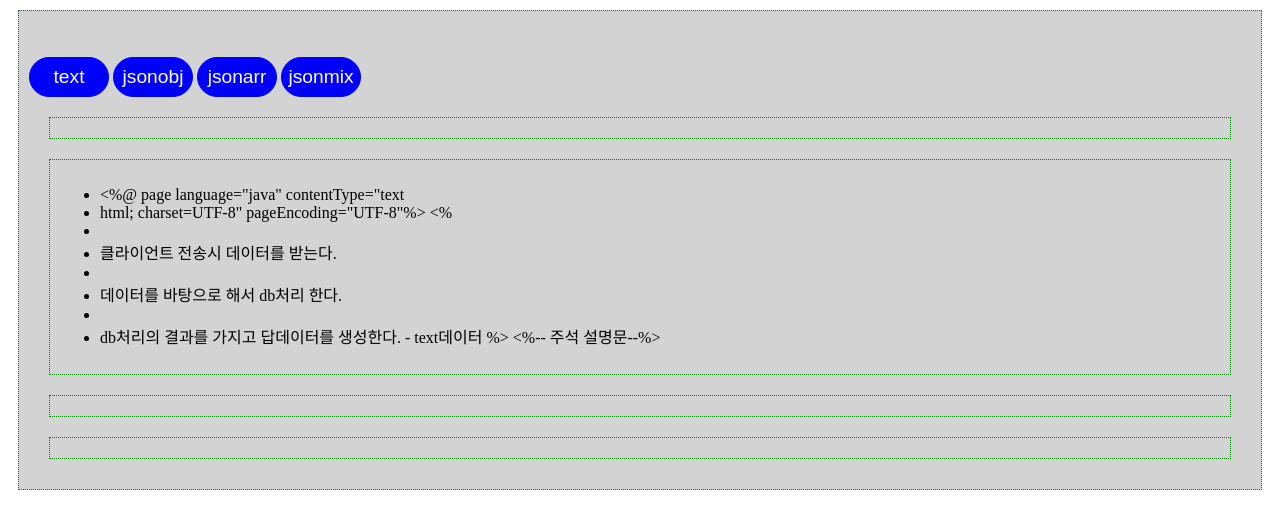
Repository: JJaeHwan/HTML
Page: jquerypro/WebContent/0117/datatype.html
These files come from the project's save history. The page is drawn as it stood at one moment and after the next save; the edit follows.
The browser window is 1280 px wide. The pictures show the whole page.
After loading, the first visible `#text` was clicked once.

Above is the page before, as saved 2023-01-17 06:06:56.

After the next save:
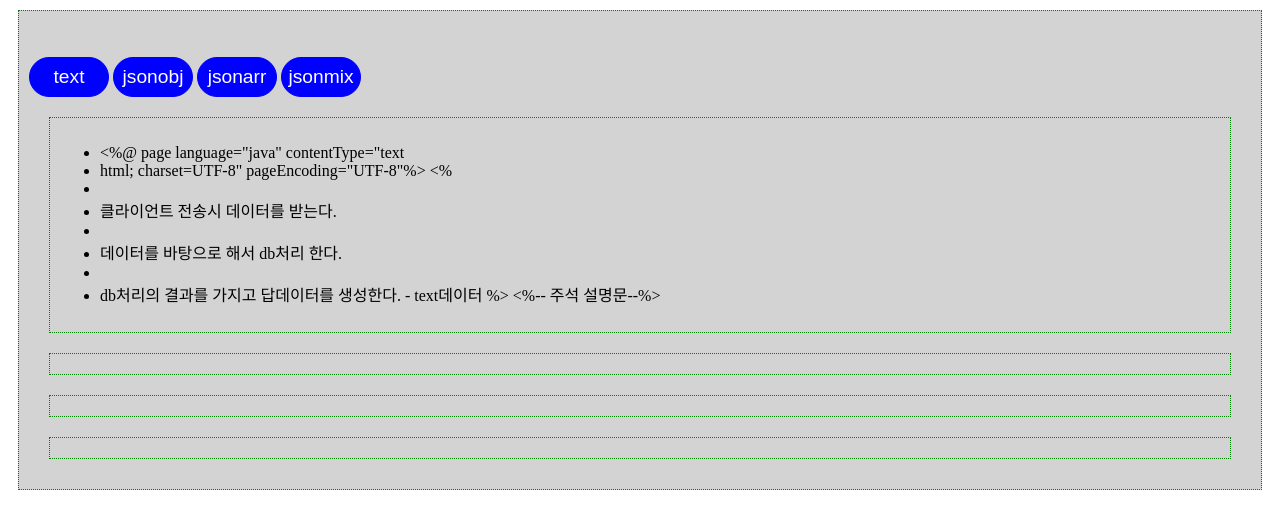
Saved 12 s later.
--- a/jquerypro/WebContent/0117/datatype.html
+++ b/jquerypro/WebContent/0117/datatype.html
@@ -33,7 +33,7 @@ xhr = new XMLHttpRequest();
 
 					code += "</ul>";
 
-					$('#res2').html(code);
+					$('#res1').html(code);
 
 
 				}
